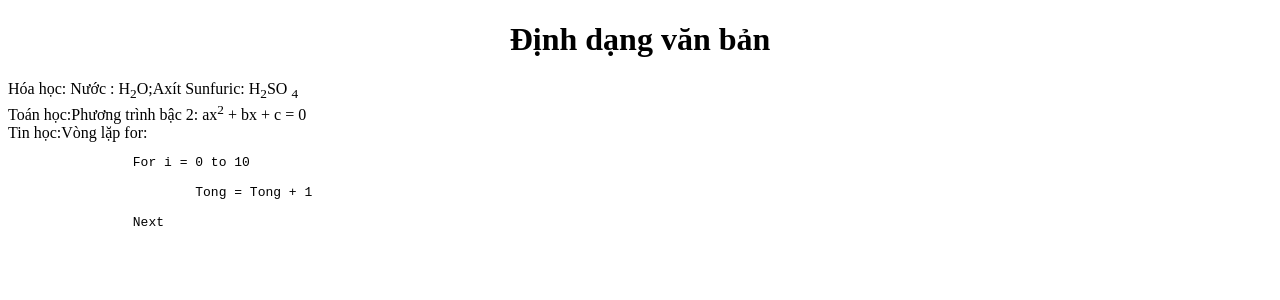
Repository: NgocTruong0701/Self_Learning
Page: html/practice/Baitapweb/Web3.2.3LeNgocTruong-2020601391.html
The author's editor kept a copy of each file at every save. The page is drawn from the files as they stood at one save, then again after a run of saves.
The browser window is 1280 px wide. The pictures show the whole page.

Above is the page before, as saved 2021-09-29 23:44:22.

### html/practice/Baitapweb/Web3.2.3LeNgocTruong-2020601391.html
<!DOCTYPE html>
<html>
    <head>
        <title>Bài 3 Phiếu 2 Bài 3</title>
        <meta charset="UTF-8">
        <meta name="author" content="Lê Ngọc Trường">
        <style>
            .heading{
                text-align: center;
                colro
            }
        </style>
    </head>
    <body>
        <h1 class="heading">Định dạng văn bản</h1>

        <div class="dong1">
            <span class="Tenmon">Hóa học: </span><span class="nghieng">Nước : </span>
            <span class="colorred">H<sub>2</sub>O</span>;<span class="nghieng">Axít Sunfuric: </span> <span class="colorred">H<sub>2</sub>SO <sub>4</sub></span>
        </div>
        <div class="dong2">
            <span class="Tenmon">Toán học:</span><span class="nghieng">Phương trình bậc 2:</span>
            <span class="colorred">ax<sup>2</sup> + bx + c = 0</span>
            <br>
            <span class="Tenmon">Tin học:</span><span class="nghieng">Vòng lặp for:
            <pre>
                For i = 0 to 10

                        Tong = Tong + 1

                Next
            </pre>
    </body>
</html>

After the next 2 saves:
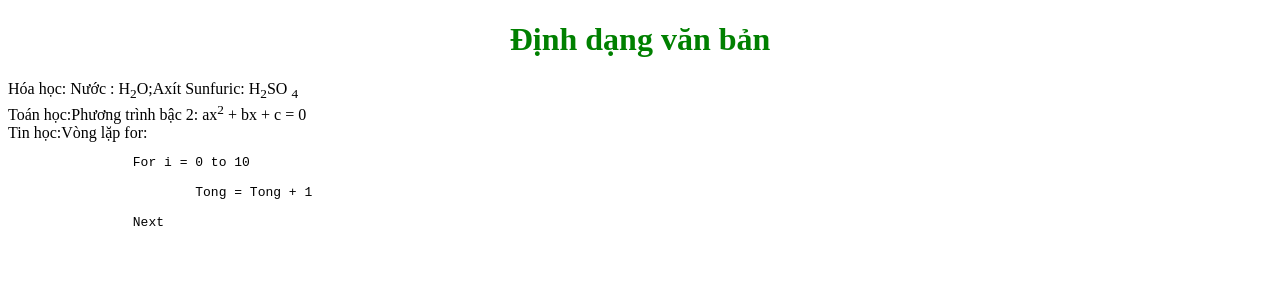
The 2 saves are shown as one change because they came seconds apart.
The last was saved 9 s later.
--- a/html/practice/Baitapweb/Web3.2.3LeNgocTruong-2020601391.html
+++ b/html/practice/Baitapweb/Web3.2.3LeNgocTruong-2020601391.html
@@ -7,7 +7,7 @@
         <style>
             .heading{
                 text-align: center;
-                colro
+                color:green;
             }
         </style>
     </head>
